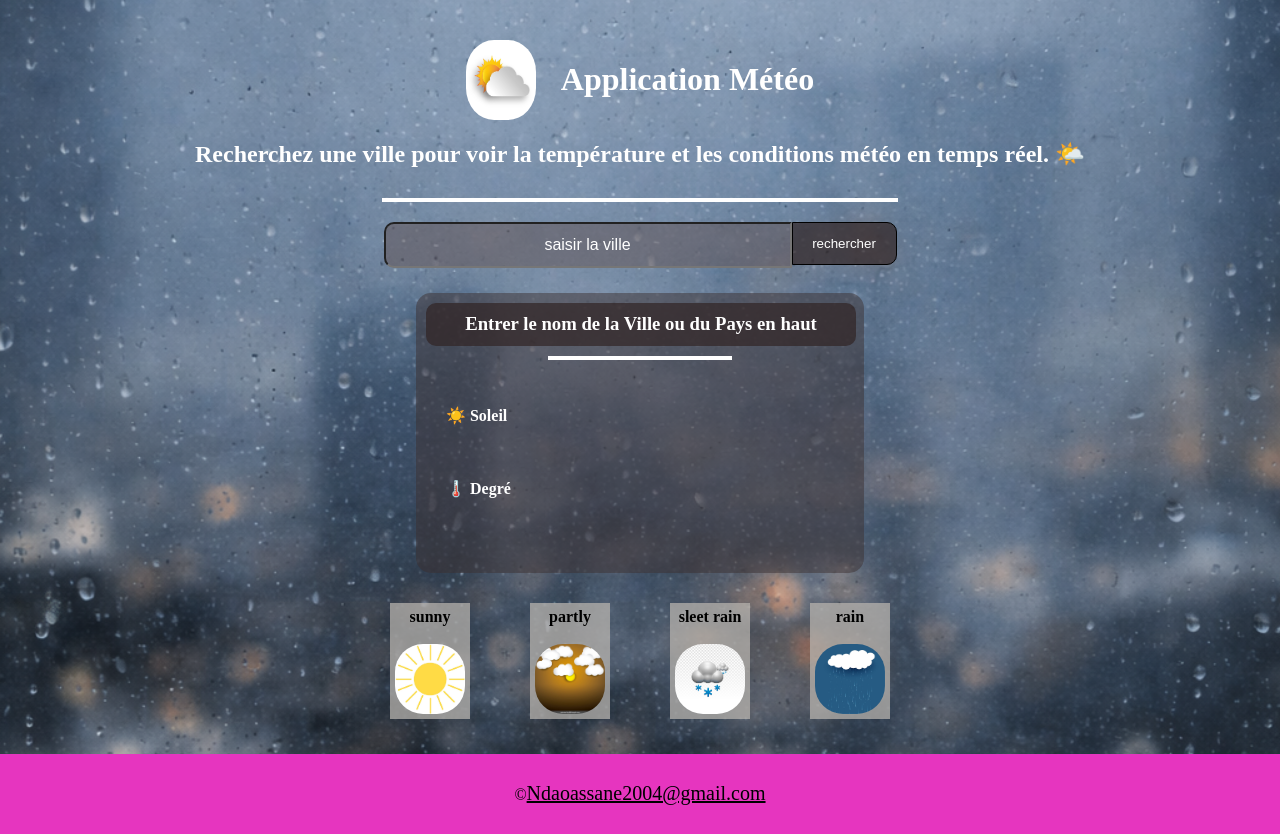
Repository: assanendao171/meteo
Page: index.html
The author's editor kept a copy of each file at every save. The page is drawn from the files as they stood at one save, then again after a run of saves.
The browser window is 1280 px wide. The pictures show the whole page.

Above is the page before, as saved 2026-03-16 13:23:38.

After the next 2 saves:
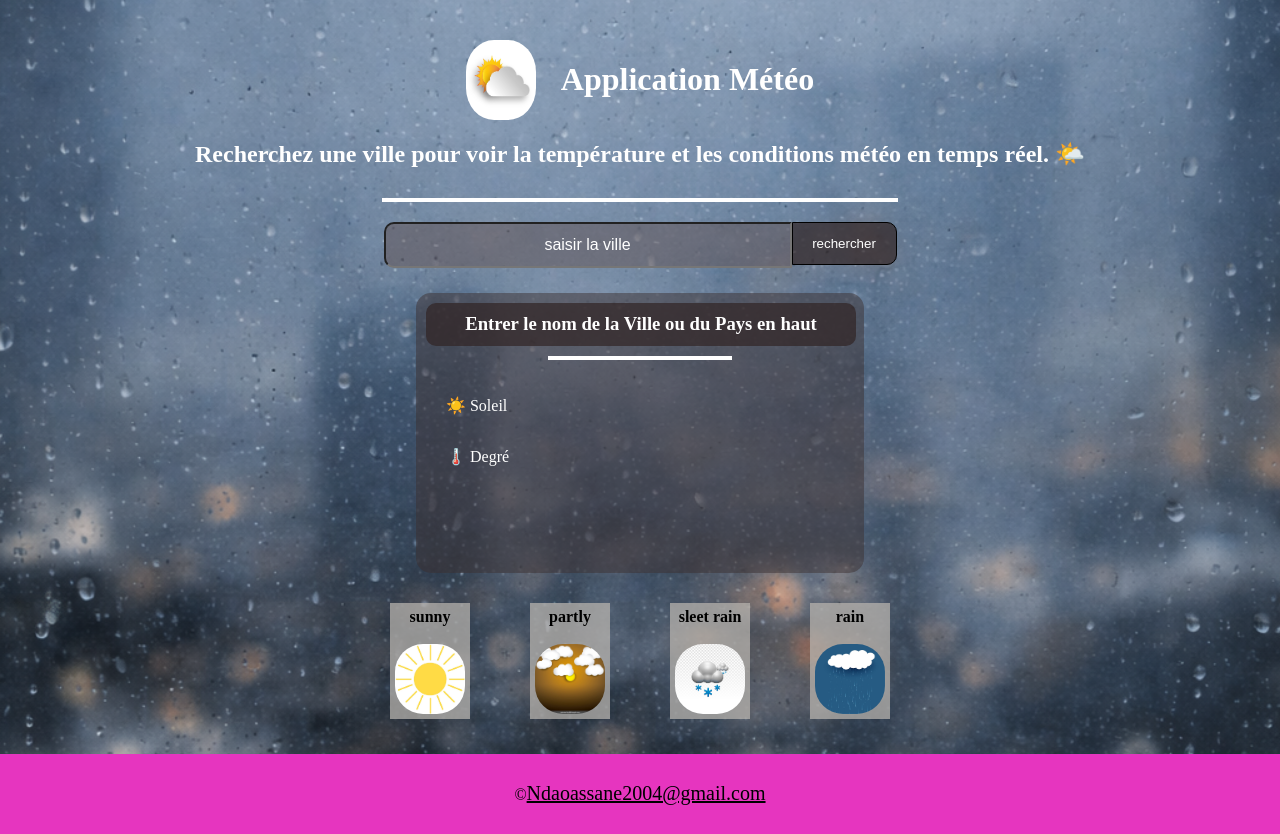
The 2 saves are shown as one change because they came seconds apart.
The last was saved 34 s later.
--- a/index.html
+++ b/index.html
@@ -25,11 +25,11 @@
         </div>
         <hr>
         <div id="stat">
-        <h5>☀️ Soleil</h5>
-        <h5>🌡️ Degré</h5>
-        <h5></h5>
-        <h5></h5>
-        <h5></h5>
+        <p id="">☀️ Soleil</p id="">
+        <p id="">🌡️ Degré</p id="">
+        <p id=""></p id="">
+        <p id=""></p id="">
+        <p id=""></p id="">
         </div>
     </div>
     <div id="contain2">
